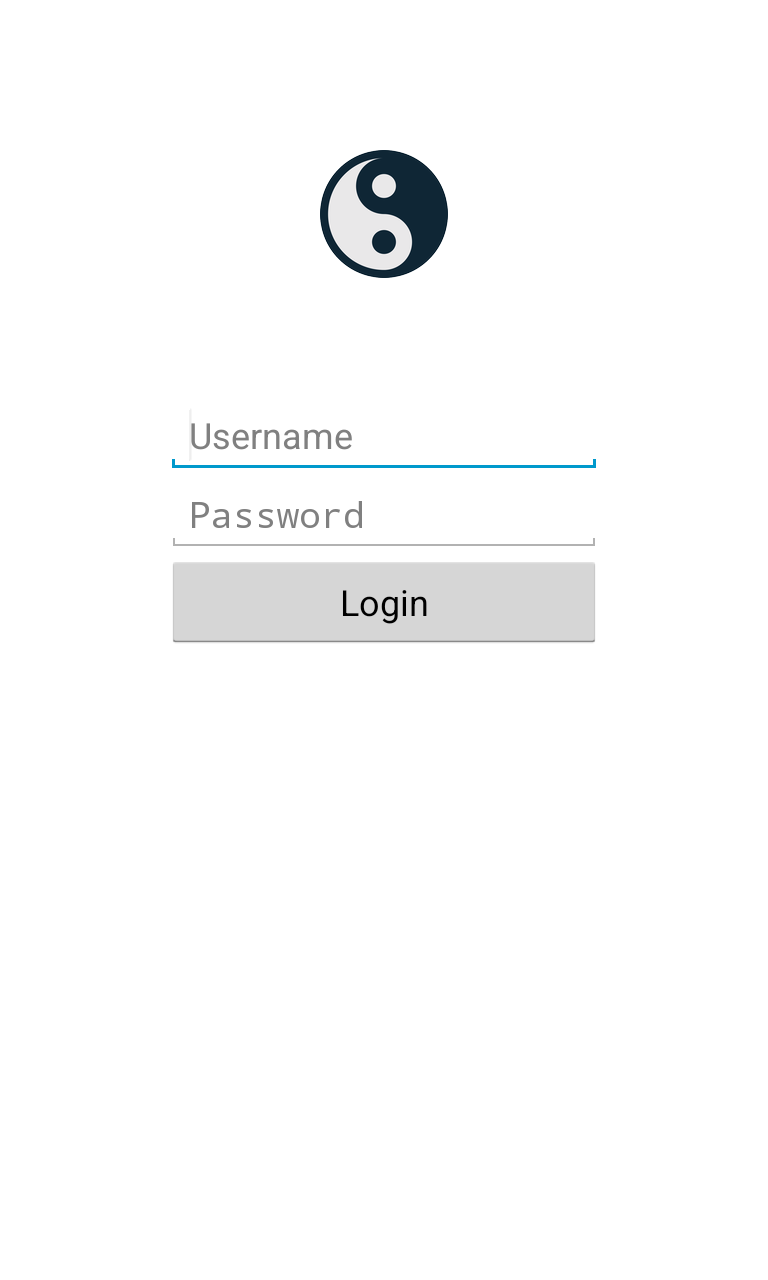
Repository: diogosufil/AcupunturaClienteAndroid
Layout: AcupunturaClienteAndroid/res/layout/activity_login.xml
The author's editor kept a copy of each file at every save. The layout is drawn from the files as they stood at one save, then again after the next save.
It is drawn on a 768 x 1280 px phone screen (xhdpi) without system bars, with theme AppTheme; the app's code is not run. The app's manifest (not shown) leaves right-to-left support off. So textAlignment, textDirection and layoutDirection are ignored, and left and right values win over start and end ones.

Above is the layout before, as saved 2015-01-06 17:19:33.

After the next save:
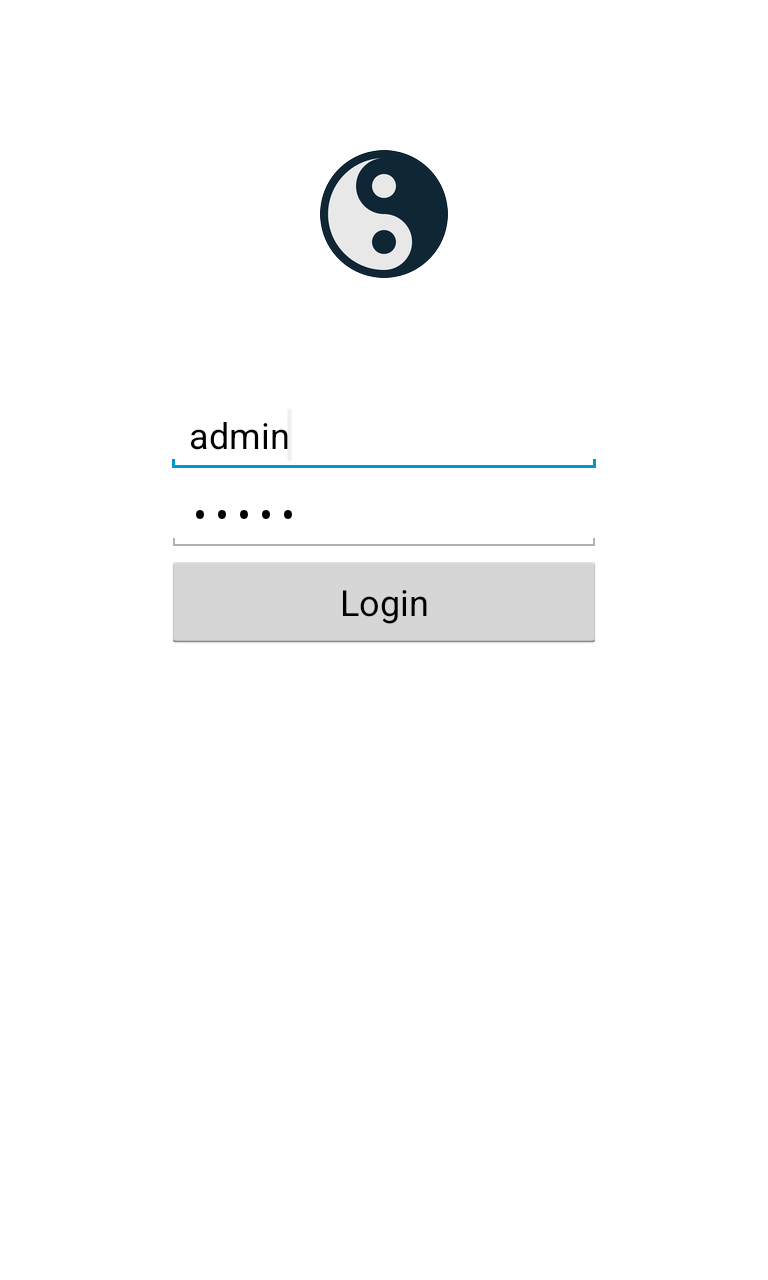
Saved 21 s later.
--- a/AcupunturaClienteAndroid/res/layout/activity_login.xml
+++ b/AcupunturaClienteAndroid/res/layout/activity_login.xml
@@ -56,7 +56,8 @@
             android:id="@+id/editText_Login_Username"
             android:layout_width="219dp"
             android:layout_height="wrap_content"
-            android:hint="@string/username" >
+            android:hint="@string/username"
+            android:text="admin" >
 
             <requestFocus />
         </EditText>
@@ -67,7 +68,8 @@
             android:layout_height="wrap_content"
             android:ems="10"
             android:hint="@string/password"
-            android:inputType="textPassword" />
+            android:inputType="textPassword"
+            android:text="admin" />
 
         <Button
             android:id="@+id/buttonLogout"
